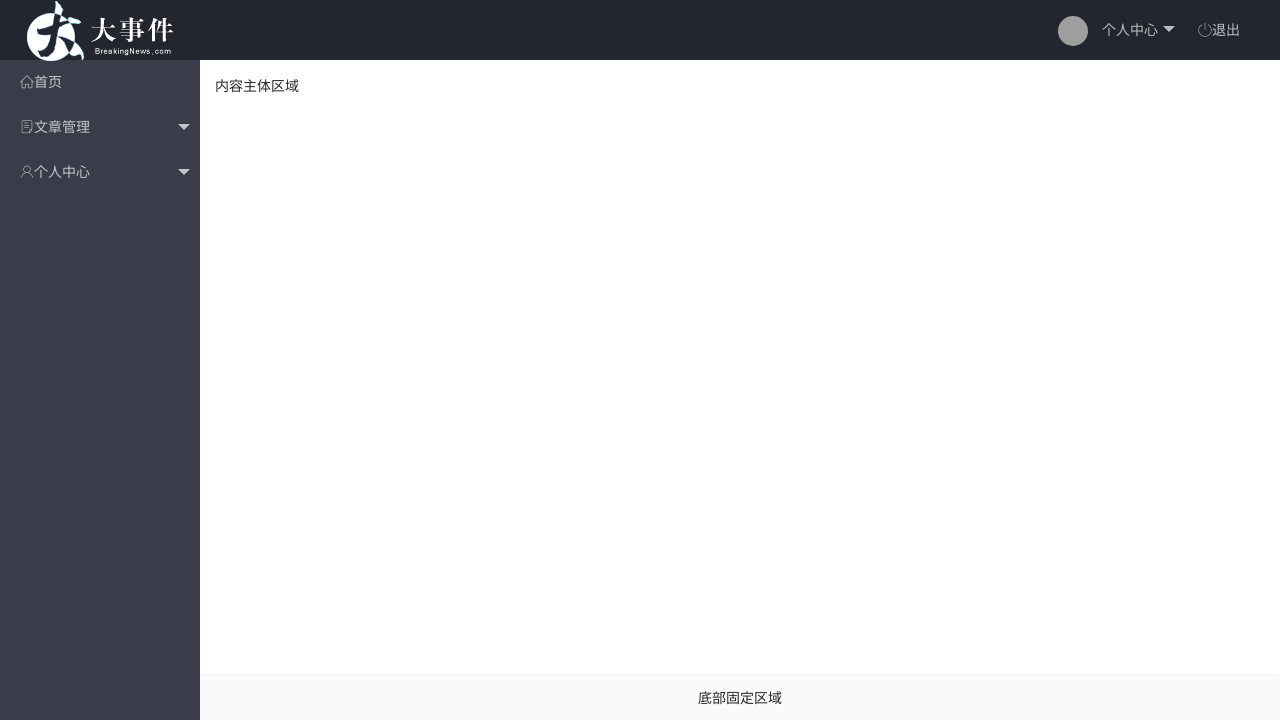
Repository: 1zhoukexin/web_aad
Page: index.html
The author's editor kept a copy of each file at every save. The page is drawn from the files as they stood at one save, then again after the next save.
The browser window is 1280 px wide. The pictures show the whole page.
Pictures or frames that could not be fetched are drawn as grey boxes.

Above is the page before, as saved 2021-04-16 20:05:21.

After the next save:
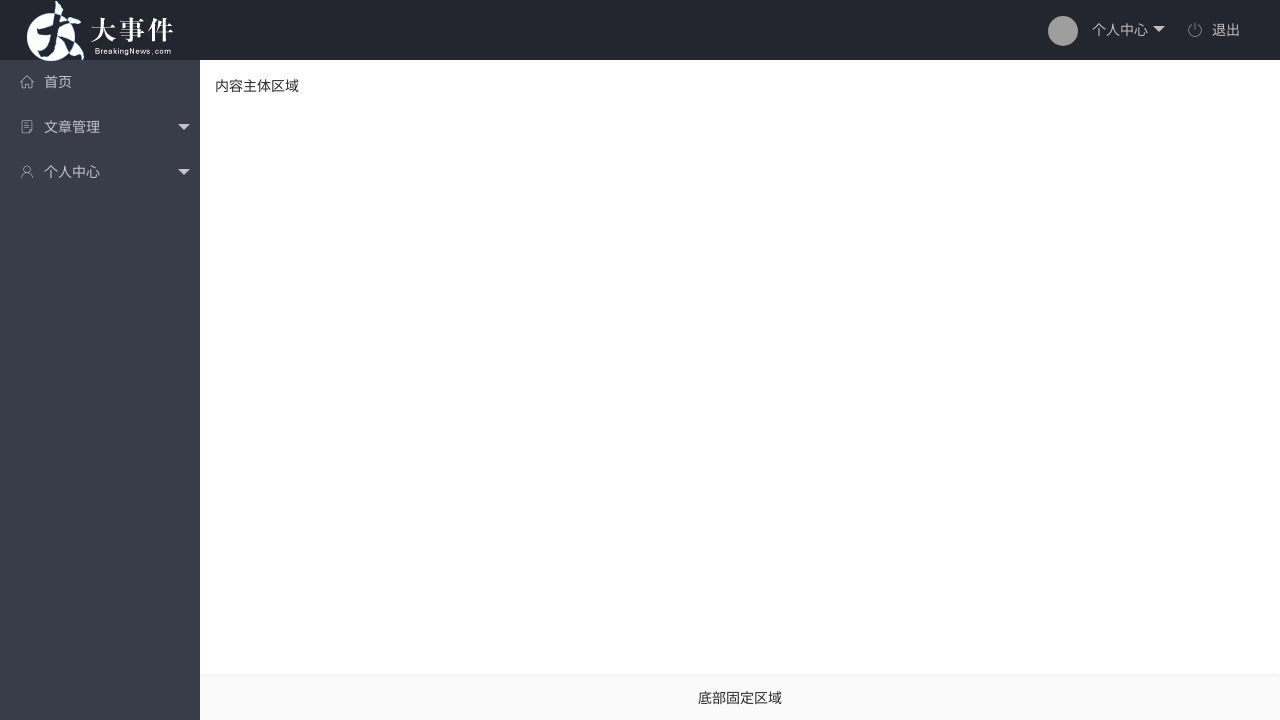
Saved 88 s later.
--- a/assets/css/index.css
+++ b/assets/css/index.css
@@ -1,3 +1,7 @@
 .layui-footer {
     text-align: center;
 }
+
+.iconfont {
+    margin-right: 10px;
+}
